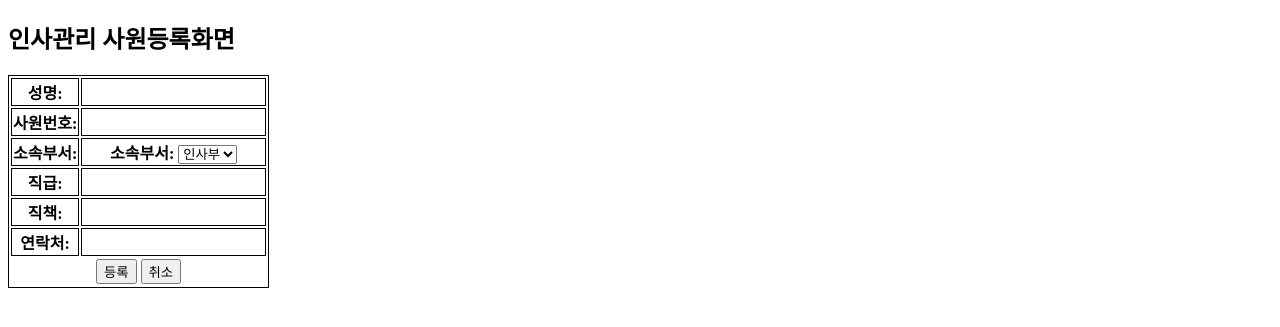
Repository: guguping/finalTestStudy
Page: http://localhost/test1/saveMemberForm.jsp
These files come from the project's save history. The page is drawn as it stood at one moment and after the next save; the edit follows.
The browser window is 1280 px wide. The pictures show the whole page.
The page is served by Tomcat 9.

Above is the page before, as saved 2023-07-28 04:25:44.

### test1/src/main/webapp/saveMemberForm.jsp
<%@ page language="java" contentType="text/html; charset=UTF-8"
    pageEncoding="UTF-8"%>
<!DOCTYPE html>
<html>
<head>
<meta charset="UTF-8">
<title>Insert title here</title>
<style>
	table, tr, th {
		border: 1px solid black;
		text-align: center;
	}
	input {
		border: none;
		outline: none;
	}
</style>
</head>
<body>
	<h2>인사관리 사원등록화면</h2>
	<form action="saveMember.jsp" method="post">
	<table>
		<tr>
			<th><label for="name">성명: </label></th>
			<th><input type="text" id="name" name="name"></th>
		</tr>
		<tr>
			<th><label for="id">사원번호: </label></th>
			<th><input type="text" id="id" name="id"></th>
		</tr>
		<tr>
			<th><label for="dept">소속부서: </label></th>
			<th>소속부서: <select name="dept">
					<option value="인사부">인사부</option>
					<option value="기획부">기획부</option>
					<option value="홍보부">홍보부</option>
					<option value="영업부">영업부</option>
					<option value="경리부">경리부</option>
				</select></th>
		</tr>
		<tr>
			<th><label for="position">직급: </label></th>
			<th><input type="text" id="position" name="position"></th>
		</tr>
		<tr>
			<th><label for="duty">직책: </label></th>
			<th><input type="text" id="duty" name="duty"></th>
		</tr>
		<tr>
			<th><label for="phone">연락처: </label></th>
			<th><input type="text" id="phone" name="phone"></th>
		</tr>
		<tr>
			<td colspan = "2"><button type="submit">등록</button>
			<button type="button" onclick="index()">취소</button></td>
		</tr>
	</table>
	</form>
</body>
<script>
	const index = () => {
		location.href = "index.jsp";
	}
</script>
</html>

After the next save:
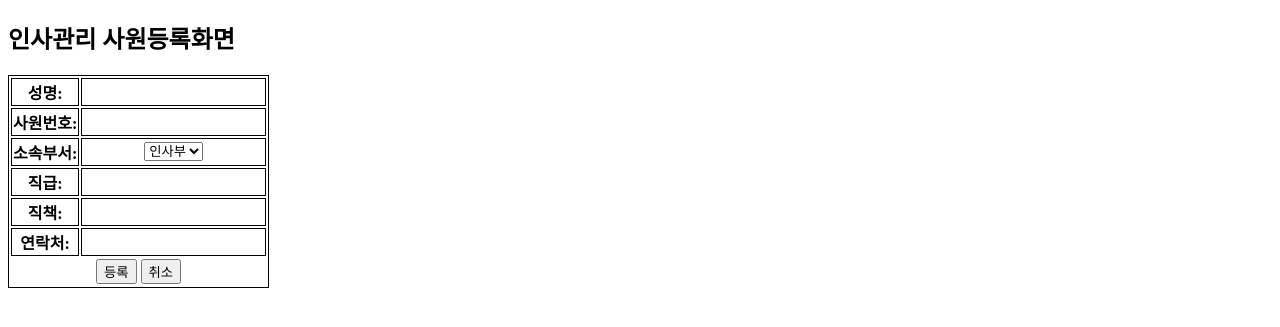
Saved 6 s later.
--- a/test1/src/main/webapp/saveMemberForm.jsp
+++ b/test1/src/main/webapp/saveMemberForm.jsp
@@ -30,7 +30,7 @@
 		</tr>
 		<tr>
 			<th><label for="dept">소속부서: </label></th>
-			<th>소속부서: <select name="dept">
+			<th><select name="dept">
 					<option value="인사부">인사부</option>
 					<option value="기획부">기획부</option>
 					<option value="홍보부">홍보부</option>
